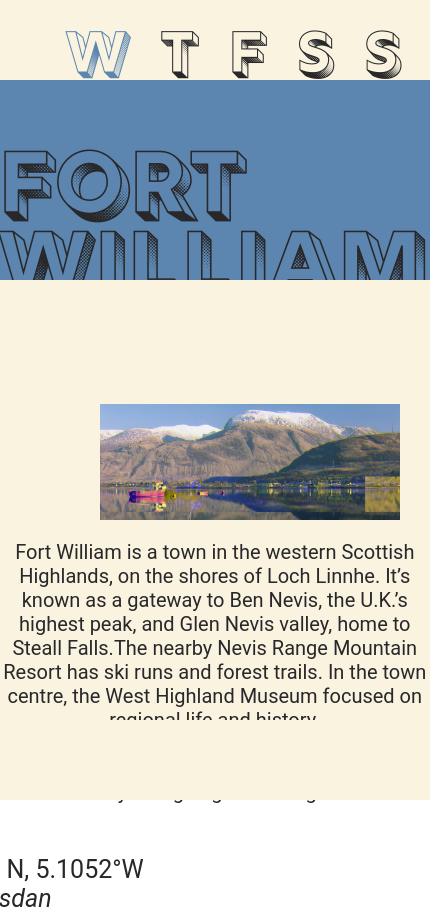
Repository: etak-yram/FINAL-CFG-WEB-DEV
Page: wednesday.html
These files come from the project's save history. The page is drawn as it stood at one moment and after the next save; the edit follows.
The browser window is 375 px wide. The page is 430 px wide, so the pictures cover 430 px, including what lies to the right of the window. The pictures show the whole page.

Above is the page before, as saved 2022-07-27 12:41:05.

After the next save:
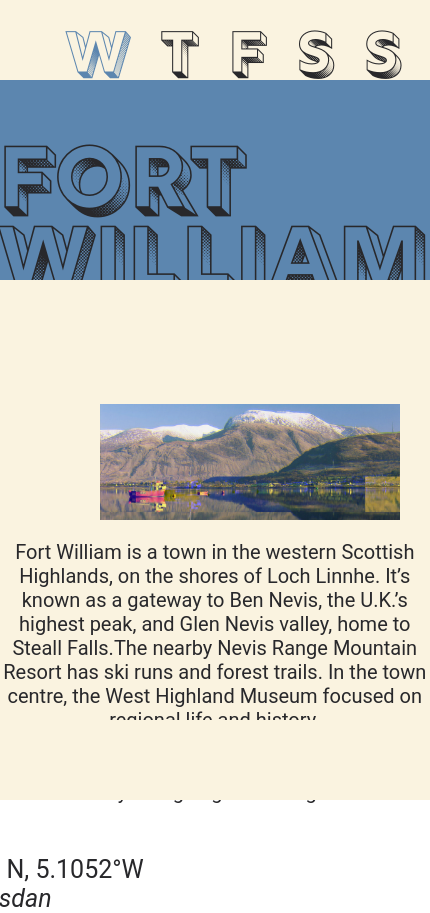
Saved 7 s later.
--- a/style-main.css
+++ b/style-main.css
@@ -225,6 +225,7 @@ aside {
   display: flex;
   justify-content: center;
   align-items: center;
+  padding-bottom: 10px;;
 }
 
 
